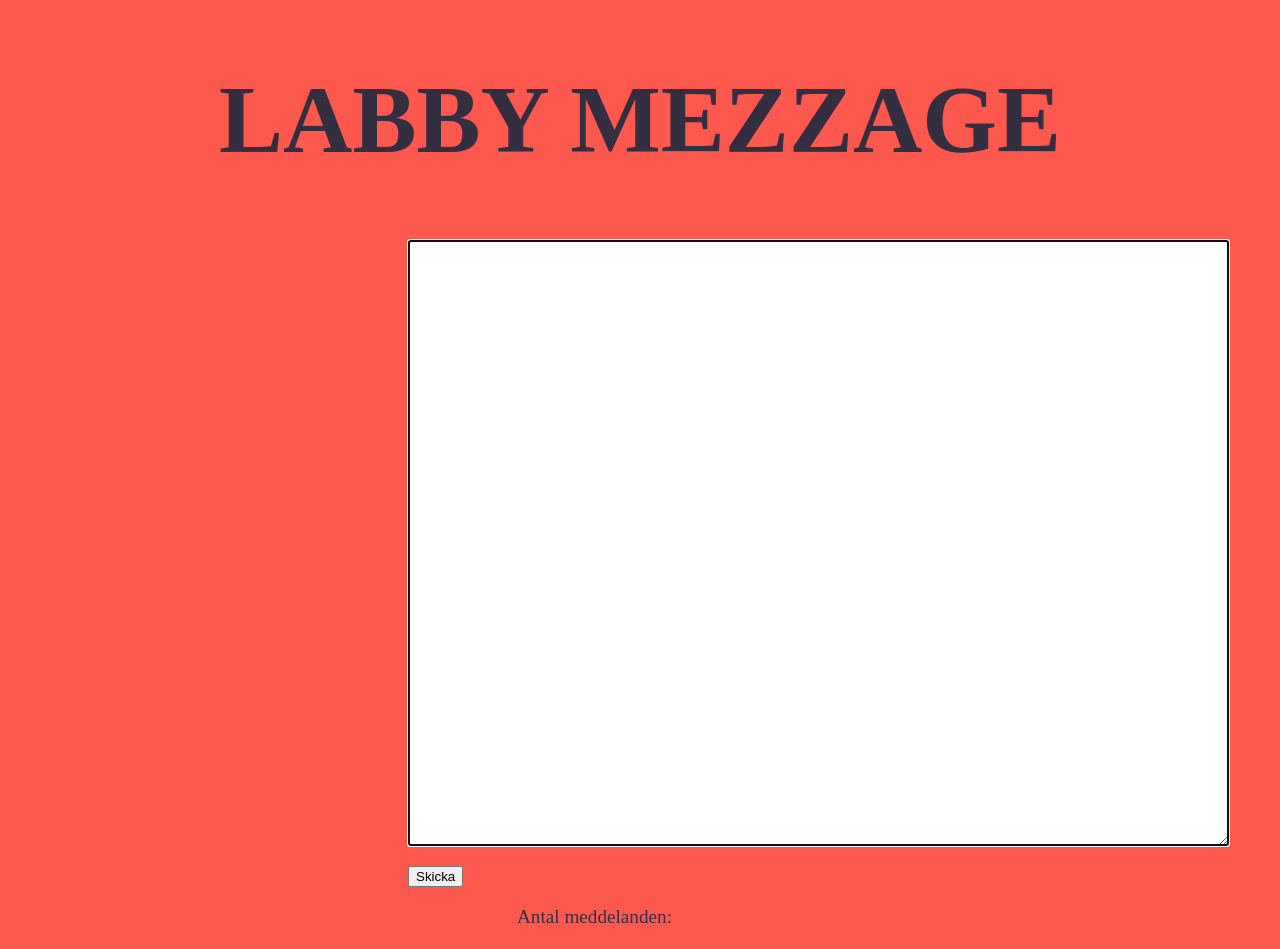
Repository: em222mt/1dv403-laborationer
Page: 2-labbymezzage/Index.html
The author's editor kept a record of every edit. The page is drawn from the files as they stood at one moment, then again after the next edit.
The browser window is 1280 px wide. The pictures show the whole page.

Above is the page before.

### 2-labbymezzage/Index.html
<!DOCTYPE html>
<html lang="sv">
<head>
	<meta charset="UTF-8" />
 	<title>Labby Mezzage</title>
    <link rel="stylesheet" href="css/style.css">
</head>
    <body>
        <header>
            <h1>LABBY MEZZAGE</h1>
        </header>

        <main>
            <div id="container">
                <section id="mainsection">
            		<form action="post" name="form">
                        <textarea id="formtext" cols="50" rows="20"></textarea>
                        <p id="value"></p>
                        <input id="send" type="button" value="Skicka" />
                    </form>
                </section>
            </div>
                <aside id="messagearea">

                </aside>
                <div id="countDiv">
                    <p id="counttext">Antal meddelanden: <p id="counter"></p></p>
                </div>

        </main>

    	<script src="js/Message.js"></script>
    	<script src="js/MessageBoard.js"></script>

    </body>
</html>

### 2-labbymezzage/css/style.css
/*Layout*/

article, aside, details, figcaption, figure,
footer, header, hgroup, main, menu, nav{

    background-color: #FC584E;
}

/*Container*/

h1 {
    font-weight: bold;
    text-align: center;
    color: #332F40;
    font-size: 6em;
    font-family: Comic Sans, Comic Sans MS, cursive;
    text-decoration: uppercase;
}

body{
    background-color: #FC584E;
}

#messagearea {
    float: left;
    background-color: white;
    width: 450px;
    min-height: 300px auto;

}

form{
    max-width: 50%;
}
#mainsection{
    max-width: 50%;
    margin: 0px 0px 0px 400px;
}
#container{
    float: left;
    width: 50%;
}
#container2{
    float: left;
    width: 50%;
}
#countDiv{
    float: right;
    font-family: Comic Sans, Comic Sans MS, cursive;
    color: #332F40;
    font-size: 1.2em;
    margin-right: 600px;
    overflow: hidden;
    white-space: nowrap;
}

#counttext{
    overflow: hidden;
    white-space: nowrap;
}

#formtext{
    font-size: 2em;
}

.messageContainer{
    width: 98%;
    float: left;
    background-color: #229B72;
    border: 1px solid black;
    margin: 3px 3px 3px 3px;
}

.textContainer{
    width: 80%;
    float: left;
    font-size: 1.2em;
}

.detailsContainer{
    width: 20%;
    float: left;
    text-indent: 8px;
    font-size: 0.8em;
    margin-top: 10px;
}
p.input{
    max-width: 80%;
    word-break: break-all;
}

img{
    margin-right: 5px;
}

### 2-labbymezzage/js/Message.js
'use strict';

function Message(message, date){

    this.getText = function(){
        return message;
    };

    this.setText = function(_text){
        message = _text;
    };

    this.getDate = function(){
        return date;
    };

    this.setDate = function(_date){
        date = _date;
    };
}

Message.prototype.toString = function() {
    return this.getText()+" ("+this.getDate()+")";
};

Message.prototype.getHTMLText = function(){
    return this.getText().replace(/[\n\r]/g, "</br>");
};

Message.prototype.getDateText = function(){
    var now = this.getDate();
    var seconds = now.getSeconds();
    var minutes = now.getMinutes();
    var hours = now.getHours();


    //IF-sats för att lägga till nollor som i C#?

    var formattedTime = hours + ":" + (minutes < 10 ? '0' : '') + minutes + ":" + (seconds < 10 ? '0' : '') + seconds;
        return formattedTime;
};

Message.prototype.getTimeDetails = function(){
    var date = this.getDate();
    var day = date.getDate();
    var month = date.getMonth();
    var year = date.getFullYear();

    return "Postat den " + year + "/" + (month + 1) + "/" + day + " " + this.getDateText();
};

### 2-labbymezzage/js/MessageBoard.js
'use strict';

var MessageBoard = {

    messages: [],

    init: function(){

        var submit = document.getElementById("send");
        submit.onclick = MessageBoard.createMessage;

        var focus = document.getElementById("formtext");
        // Sätter en blinkande markör i textarean
        focus.focus();
        focus.onkeypress = function(e){
		if(!e){ e=window.event; }
		    if(e.keyCode == 13 && !e.shiftKey){
		        e.preventDefault();
		        MessageBoard.createMessage();
		    }
        };
    },
    // Skapa meddelanden
    createMessage: function(){
        var input = document.getElementById("formtext");
        MessageBoard.messages.push( new Message(input.value, new Date()) );
        MessageBoard.renderMessages();
    },

    // Rendera alla meddelanden
    renderMessages: function(){
        //Tar bort alla meddelanden
        document.getElementById("messagearea").innerHTML = "";
        for (var i = 0; i < MessageBoard.messages.length; ++i){
        MessageBoard.renderMessage(i);
        }
        document.form.formtext.value = "";
        document.form.formtext.focus();
    },
    // Skriv ut ett meddelande
    renderMessage: function(messageID){
        var messageContainer = document.createElement("div");
        messageContainer.className = "messageContainer";

        var input = document.createElement("p");
        input.className = "input";
        input.innerHTML = MessageBoard.messages[messageID].getHTMLText();

        var textContainer = document.createElement("div");
        textContainer.className = ("textContainer");

        textContainer.appendChild(input);

        var detailsContainer = document.createElement("div");
        detailsContainer.className = "detailsContainer";

        var time = document.createElement("p");
        time.className = "time";
        time.innerHTML = MessageBoard.messages[messageID].getDateText();

		var imageClock = document.createElement("a");
		imageClock.setAttribute("href", "#");
		imageClock.innerHTML = '<img src="pics/clock.png" title="Se när meddelandet skapades." alt="Clock" width="24px" height="24px" />';

		var imageRemove = document.createElement("a");
		imageRemove.setAttribute("href", "#");
		imageRemove.innerHTML = '<img src="pics/delete.png" title="Ta bort det här meddelandet." alt="Delete" width="24px" height="24px" />';

		detailsContainer.appendChild(imageClock);
		detailsContainer.appendChild(imageRemove);
		detailsContainer.appendChild(time);

		input.appendChild(links);

		var container = document.getElementById("messagearea");
		container.appendChild(input);

		MessageBoard.countMessages();

		imageRemove.onclick = function(){
		    if (window.confirm("Vill du ta bort detta meddelande?")){
		    MessageBoard.removeMessage(messageID);
		    }
		};

		imageClock.onclick = function(){
		  MessageBoard.getTimestamp(messageID);
		};
    },

    removeMessage: function(messageID){
        MessageBoard.messages.splice(messageID, 1);

        MessageBoard.countMessages();

        MessageBoard.renderMessages();
    },

    getTimestamp: function(messageID){
        alert(MessageBoard.messages[messageID].getTimeDetails());
    },

    // Sätter räknare för antalet meddelanden
    countMessages: function(){
        var counter = document.getElementById("counter");
        counter.innerHTML = MessageBoard.messages.length;
    }

};

window.onload = MessageBoard.init;

After the next edit:
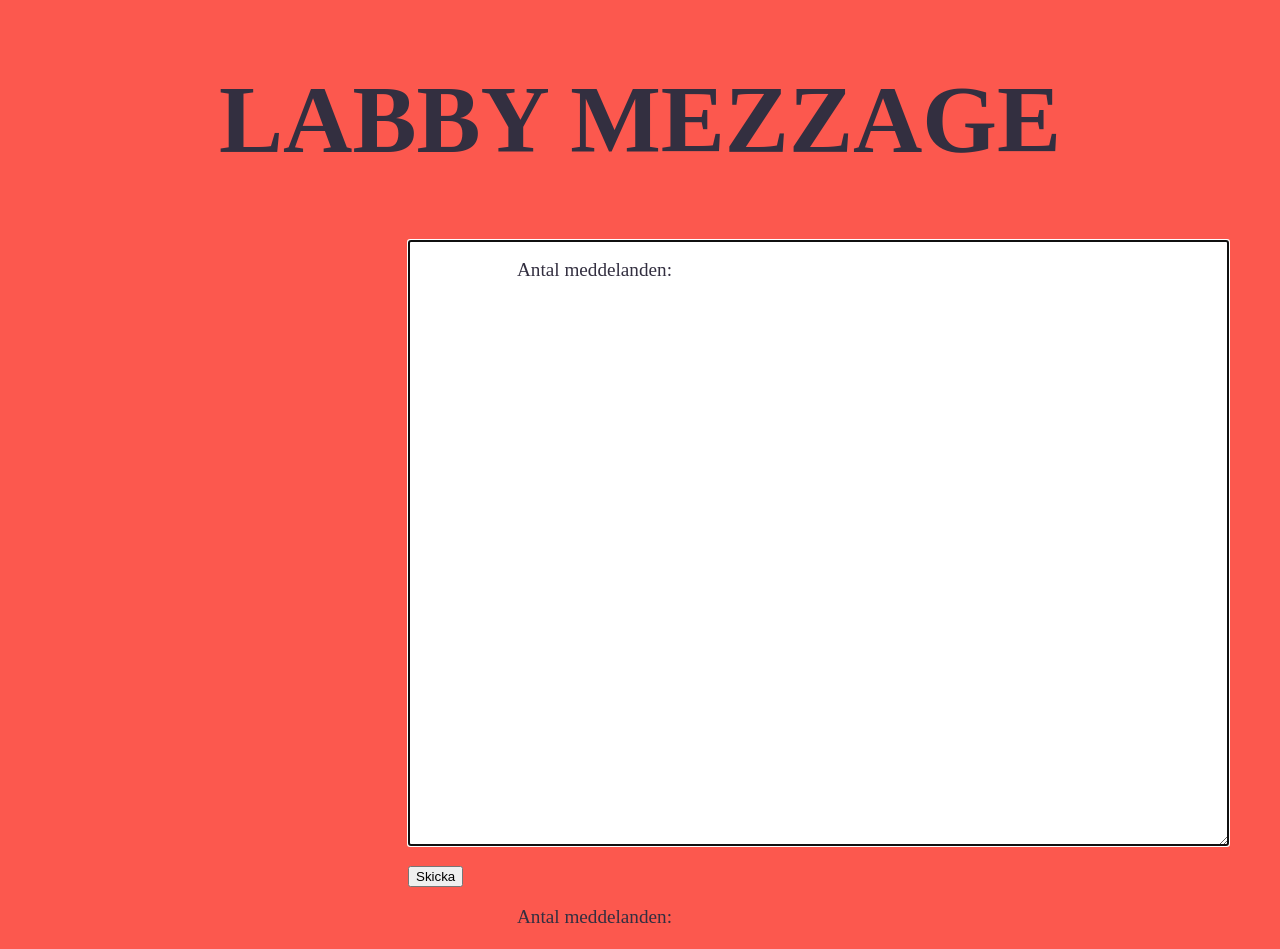
The edit:
--- a/2-labbymezzage/Index.html
+++ b/2-labbymezzage/Index.html
@@ -20,6 +20,16 @@
                     </form>
                 </section>
             </div>
+
+            <div id="container2">
+                <aside id="messagearea">
+
+                </aside>
+                <div id="countDiv">
+                    <p id="counttext">Antal meddelanden: <p id="counter"></p></p>
+                </div>
+
+            </div>
                 <aside id="messagearea">
 
                 </aside>
